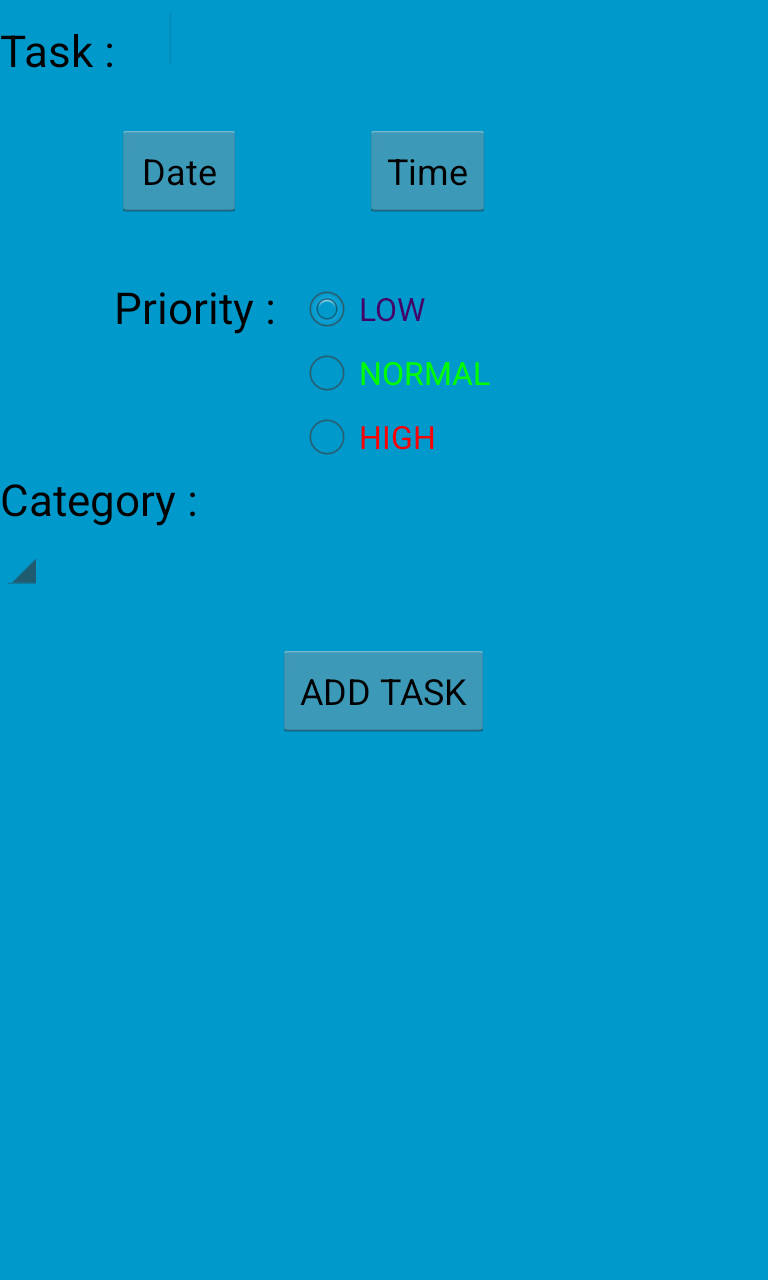
Repository: satyadarls/ToDo
Layout: ToDo/res/layout/customdialog_layout.xml
An editor plug-in stored every save of this project. The layout is shown before and after the next save, followed by the edit.
It is drawn on a 768 x 1280 px phone screen (xhdpi) without system bars, with theme AppTheme; the app's code is not run.

Above is the layout before, as saved 2014-07-07 20:11:02.

After the next save:
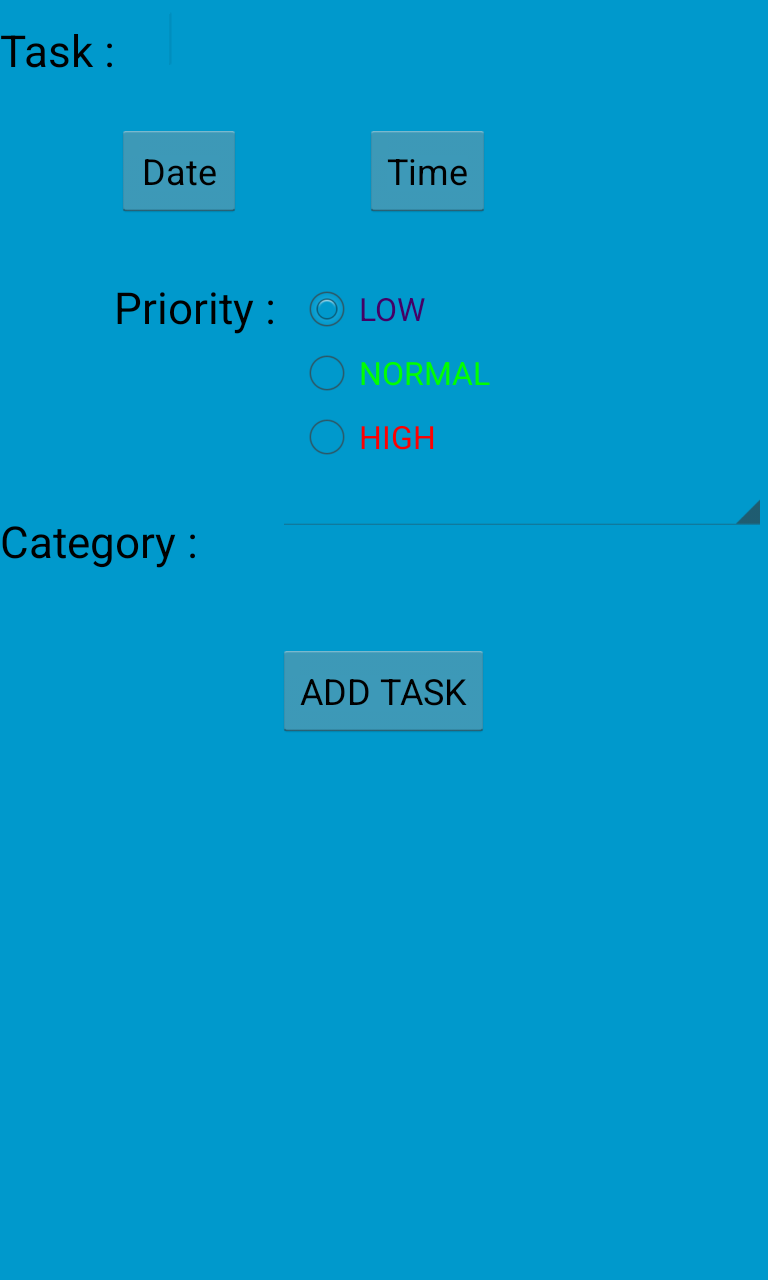
Saved 18 min 55 s later.
--- a/ToDo/res/layout/customdialog_layout.xml
+++ b/ToDo/res/layout/customdialog_layout.xml
@@ -100,6 +100,7 @@
         android1:layout_height="wrap_content"
         android1:layout_alignParentLeft="true"
         android1:layout_below="@+id/radioGroup1"
+        android1:layout_marginTop="21dp"
         android1:text="Category :"
         android1:textAppearance="?android:attr/textAppearanceLarge" />
 
@@ -107,7 +108,8 @@
         android1:id="@+id/spinnercategory"
         android1:layout_width="wrap_content"
         android1:layout_height="wrap_content"
-        android1:layout_alignParentLeft="true"
-        android1:layout_below="@+id/textView3" />
+        android1:layout_alignLeft="@+id/dialogButton"
+        android1:layout_alignParentRight="true"
+        android1:layout_below="@+id/radioGroup1" />
 
 </RelativeLayout>
